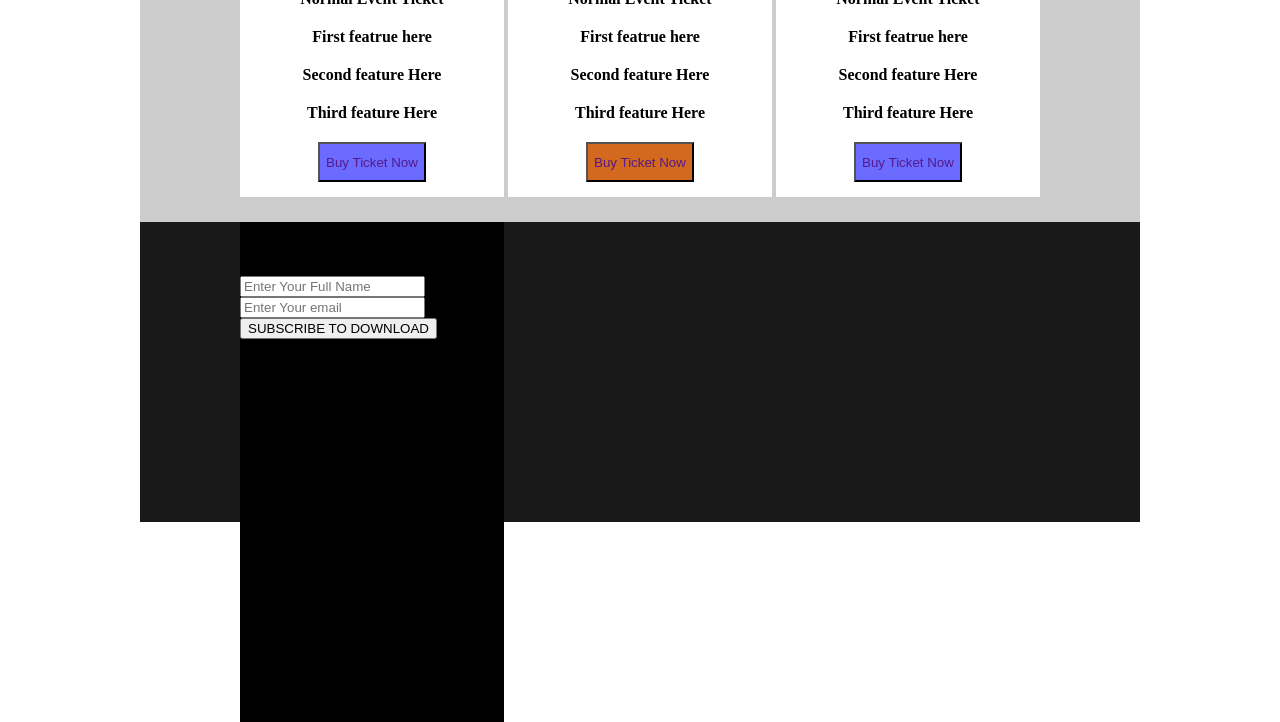
Repository: duyancol/project-ltw-nhom13
Page: page b/index.html
An editor plug-in stored every save of this project. The page is shown before and after the next save, followed by the edit.
The browser window is 1280 px wide. The pictures show the part of the page from y = 1038 to 1760 px (the page is 1760 px tall before and 1560 px after).
A picture or video elsewhere on the page could not be fetched, so the positions and the page height are approximate. Some web fonts or font styles are not loaded; a fallback is used.

Above is the page before, as saved 2021-10-18 11:28:07.

### page b/index.html
<!DOCTYPE html>
<html lang="en">
<head>
    <meta charset="utf-8">
    <title></title>
    <link rel="stylesheet" href="./fonts/themify-icons-font/themify-icons/themify-icons.css">
    <link rel="shortcut icon" href="images/favicon.ico">
    <link rel="apple-touch-icon" href="images/apple-touch-icon.png">
    <link rel="apple-touch-icon" sizes="72x72" href="images/apple-touch-icon-72x72.png">
    <link rel="apple-touch-icon" sizes="114x114" href="images/apple-touch-icon-114x114.png">
    <link rel="stylesheet" href="./style.css">
</head>
<body>
    <div class="body">
        <div class="main">
            <div class="headernavigation flex">

               <div class="headerimage"><img src="./images/main/logo.png" alt="" class="logo"></div>
               <div class="buttonimage flex">
                   <div class="buyticket">Buy tikcket</div>
               </div>
            </div>

        </div>
    </div>
    <div class="navigation flex">
        <ul>
            <li>Home</li>
            <li> word</li>
            <li>Blog</li>
            <li>Contact</li>
        </ul>
        <ul>
            <li class="icon"><i class="ti-facebook"></i></li>
            <li class="icon"><i class="ti-twitter"></i></li>
            <li class="icon"><i class="ti-instagram"></i></li>
        </ul>
    </div>
<div class="body bodyheightimage"><div class="bagroundimage">
    <div class="textback">
        <h3>Thumbel lable</h3>
        <p> du it none right here  because member always look for you</p>
    </div>

</div></div>
<div class="body1">
    <div class="main">
       <div class="family flex">
           <div class="imagefamily">
               <img src="./images/13_gym/1.jpg" alt="">
               <h4>Welcome to gym</h4>
               <p>you need to read for me</p>
               <p> because i dont want to sad for you</p>
               <button>
                   <a href="">Join Now</a>
               </button>
           </div>
           <div class="imagefamily">
            <img src="./images/13_gym/2.jpg" alt="">
            <h4>Welcome to gym</h4>
            <p>you need to read for me</p>
            <p> because i dont want to sad for you</p>
            <button>
                <a href="">Join Now</a>
            </button>
        </div>  <div class="imagefamily">
            <img src="./images/13_gym/3.jpg" alt="">
            <h4>Welcome to gym</h4>
            <p>you need to read for me</p>
            <p> because i dont want to sad for you</p>
            <button>
                <a href="">Join Now</a>
            </button>
        </div>
       </div>
    </div>
</div>
<div class="body2 bagrondbody ">
    <div class="main flex">
        <div class="thue">
            <h1>$9.99</h1>
            <h4>Normal Event Ticket</h4>
            <h4> First featrue here</h4>
            <h4> Second feature Here</h4>
            <h4> Third feature Here</h4>
            <button class="xanh"><a href="">Buy Ticket Now</a></button>
        </div>
        <div class="thue">
            <h1 class="cam1" >$14.99</h1>
            <h4>Normal Event Ticket</h4>
            <h4> First featrue here</h4>
            <h4> Second feature Here</h4>
            <h4> Third feature Here</h4>
            <button class="xanh cam"><a href="">Buy Ticket Now</a></button>
        </div><div class="thue">
            <h1>$24.99</h1>
            <h4>Normal Event Ticket</h4>
            <h4> First featrue here</h4>
            <h4> Second feature Here</h4>
            <h4> Third feature Here</h4>
            <button class="xanh"><a href="">Buy Ticket Now</a></button>
        </div>
    </div>
</div>
<div class="body2 bodyfooter">
    <div class="main">
<div class="ticket">
    <h1> GET YOUR TICKET NOW</h1>
    <div class="THEXANH"></div>
    <H3>Just Subcsribe to get full acces to our</H3>
    <H3>new tutorial + all attachment files</H3>
    <input type="text" name="" id="" placeholder="Enter Your Full Name">
    <input type="text" name="" id="" placeholder="Enter Your email">
    <button> SUBSCRIBE TO DOWNLOAD</button>

</div>
    </div>
</div>
</body>
</html>

### page b/style.css
html, body, div, span, applet, object, iframe,h1, h2, h3, h4, h5, h6, p{
    margin: 0;
    padding: 0;
    border: 0;
    font-size: 100%;
  }

  ol, ul,a{
    list-style: none;
  }
  li{
    display: inline-block;
  }
  .main{
    width: 800px;
    margin: auto;
    position: relative;
  }
  .body{
    width: 1000px;
    margin: auto;
    background-color: #ccc;
  }
  .flex{
    display: flex;
    justify-content: space-between;
    align-items:center;
  }
  .headernavigation{
  width:  80%;
  margin: auto;

  background-color: #ccc;
  height: 100px;

  }
  .headerimage{

  }
  .headerimage .logo{

  }
  .headernavigation .buttonimage {
    width: 12%;
    height: 40px;
    background-color: #e5ff004e;

}



  .buttonimage .buyticket{

  }
  .navigation{

    height: 40px;
    background-color: white;
    width: 705px;
    margin: auto auto 20px auto;
  }
  .navigation li{
    padding: 10px;
  }
  .navigation .icon{
    background: #00658b;
  }
  .bodyheightimage{
    position: relative;
    height: 300px;
  }
  .bodyheightimage .bagroundimage{
    background-image: url(./images/main/image-1.jpg);

    height: 80%;
    width: 83%;
    top: 30px;
    left: 86px;
    /* right: 191px; */
    position: absolute;
    background-size: cover;
  }
  .bagroundimage .textback{
    position: absolute;
    bottom: 18px;
    font-weight: 100;
    color: white;
  }
  .body1{
    width: 1000px;
    margin: auto;
    height: 500px;

  }
  .imagefamily{
    width: 33%;
    margin-top: 10%;
    text-align: center;
  }
  .imagefamily img{
    border-radius: 100px;
  }
  .imagefamily h4{
margin: 30px;
  }
  .imagefamily p{

padding-bottom: 10px;
  }
  .imagefamily button{
    background-color: orangered;
    margin-left: 35px;
    height: 40px;
  }
  button a{
    list-style: none;
    text-decoration: none;
  }
  .bagrondbody{
    background-color: #ccc;
  }
  .body2{
    width: 1000px;
    margin: auto;
    height: 300px;

  }
  .main .thue{
background-color: white;
 width: 33%;
 margin-top: 20px;
 height: 255px;
 text-align: center;
  }
  .thue h1{
margin-bottom: 20px;
color:#0000ff94 ;
padding-top: 10px;
  }
  .thue .cam1{
    color: chocolate!important;
  }
  .thue h4{
 margin-bottom: 20px;
  }
  .thue .xanh{
height: 40px;
background-color:  #0000ff94;
  }
  .thue .cam{
    background-color: chocolate!important;
  }
  .bodyfooter{
    background-color:#191919;
  }
  .main .ticket{
    position: absolute;
    width: 33%;
    background-color: black;
 height: 500px;
  }
  .ticket h1{

  }
  .ticket h3{

  }
  .ticket input{

  }
  .ticket button{

  }

Loaded but not shown: page b/fonts/themify-icons-font/themify-icons/themify-icons.css (common file)

After the next save:
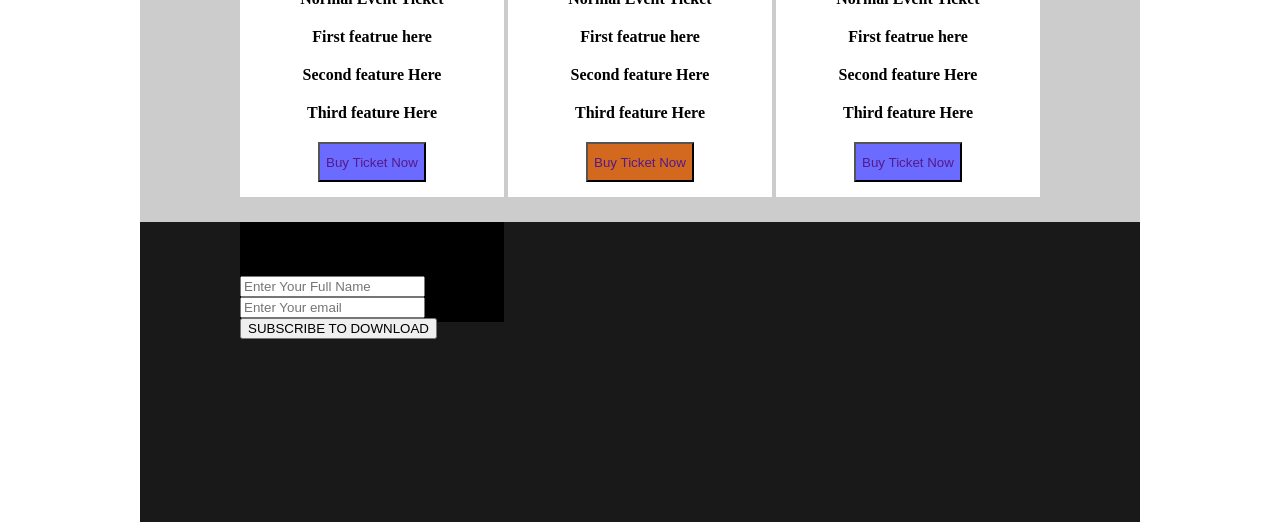
Saved 14 s later.
--- a/page b/style.css
+++ b/page b/style.css
@@ -157,7 +157,7 @@
     position: absolute;
     width: 33%;
     background-color: black;
- height: 500px;
+ height: 100px;
   }
   .ticket h1{
 
